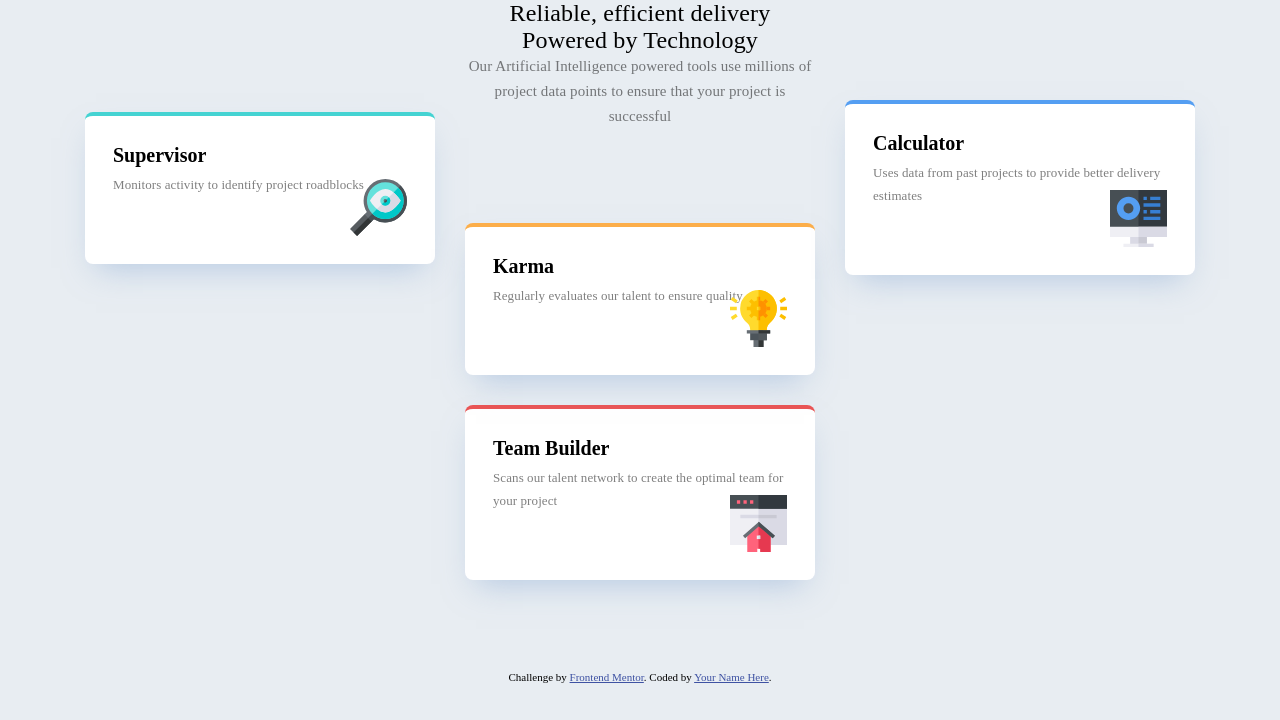
Repository: AngelaMwelu/four-card-page
Page: index.html
These files come from the project's save history. The page is drawn as it stood at one moment and after a run of saves; the edit follows.
The browser window is 1280 px wide. The pictures show the whole page.

Above is the page before, as saved 2025-05-15 16:30:10.

### index.html
<!DOCTYPE html>
<html lang="en">
<head>
  <meta charset="UTF-8">
  <meta name="viewport" content="width=device-width, initial-scale=1.0"> <!-- displays site properly based on user's device -->

  <link rel="icon" type="image/png" sizes="32x32" href="./images/favicon-32x32.png">
  <link rel="stylesheet" href="style.css">

  <title>Frontend Mentor | Four card feature section</title>
  <!-- Feel free to remove these styles or customise in your own stylesheet 👍 -->


</head>
<body>
  <div class="Card">
    <div class="about">
      <h3>Reliable, efficient delivery</h3>
      <h3>Powered by Technology</h3>

      <p>Our Artificial Intelligence powered tools use millions of project data points
       to ensure that your project is successful</p>
    </div>

    <div class="Supervisor">
      <h4>Supervisor</h4>
      <p>Monitors activity to identify project roadblocks</p>
    </div>

    <div class="Team-Builder">
      <h4>Team Builder</h4>
      <p>Scans our talent network to create the optimal team for your project</p>
    </div>

    <div class="Karma">
      <h4>Karma</h4>
      <p>Regularly evaluates our talent to ensure quality</p>
    </div>

    <div class="Calculator">
      <h4>Calculator</h4>
      <p>Uses data from past projects to provide better delivery estimates</p>
    </div>
  </div>

  <footer>
    <p class="attribution">
      Challenge by <a href="https://www.frontendmentor.io?ref=challenge" target="_blank">Frontend Mentor</a>.
      Coded by <a href="#">Your Name Here</a>.
    </p>
  </footer>
</body>
</html>

### style.css
body{
    background: hsl(210, 29%, 93%);
    display:flex;
    flex-direction:column;
    justify-content:center;
    align-items:center;
    min-height: 100hv;
    box-sizing:border-box;
    margin: 0;
    text-align: center;
}


.Card {
  max-width: 1110px;
  width: 100%;
  margin: 0 auto;
}


.about {
  max-width: 540px;
  margin: 0 auto 64px;
}

.about h3 {
  font-size: 24px;
  font-weight: 275;
  letter-spacing: 0.17px;
  margin: 0;
}
.about p {
  font-size: 15px;
  line-height: 25px;
  letter-spacing: 0.1px;
  opacity: 0.5;
  margin: 0;
}
.Card {
  display: grid;
  grid-template-columns: repeat(3, 1fr);
  gap: 30px;
}

.Supervisor,
.Team-Builder,
.Karma,
.Calculator {
  background: white;
  border-radius: 8px;
  box-shadow: 0 15px 30px -11px rgba(131, 166, 210, 0.5);
  padding: 28px;
  text-align: left;
  position: relative;
  overflow: hidden;
}

.Supervisor { border-top: 4px solid #44d3d2; }
.Team-Builder { border-top: 4px solid #ea5454; }
.Karma { border-top: 4px solid #fcae4a; }
.Calculator { border-top: 4px solid #549ef2; }


.Supervisor {
  grid-row: 1 / 3;
  align-self: center;
}

.Team-Builder {
  grid-column: 2;
}

.Karma {
  grid-column: 2;
  grid-row: 2;
}

.Calculator {
  grid-column: 3;
  grid-row: 1 / 3;
  align-self: center;
}

/* Card content styles */
.Supervisor h4,
.Team-Builder h4,
.Karma h4,
.Calculator h4 {
  font-size: 20px;
  margin: 0 0 6px;
}

.Supervisor p,
.Team-Builder p,
.Karma p,
.Calculator p {
  font-size: 13px;
  line-height: 23px;
  letter-spacing: 0.09px;
  opacity: 0.5;
  margin: 0 0 40px;
}

/* Card icons (add these in your HTML) */
.Supervisor::after,
.Team-Builder::after,
.Karma::after,
.Calculator::after {
  content: '';
  display: block;
  width: 57px;
  height: 57px;
  background-size: contain;
  background-repeat: no-repeat;
  position: absolute;
  right: 28px;
  bottom: 28px;
}

.Supervisor::after { background-image: url('icon-supervisor.svg'); }
.Team-Builder::after { background-image: url('icon-team-builder.svg'); }
.Karma::after { background-image: url('icon-karma.svg'); }
.Calculator::after { background-image: url('icon-calculator.svg'); }

/* ===== Footer ===== */
footer {
  margin-top: 80px;
}

.attribution {
  font-size: 11px;
  text-align: center;
}

.attribution a {
  color: #3e52a3;
}

/* ===== Responsive Design ===== */
@media (max-width: 900px) {
  .Card {
    grid-template-columns: 1fr;
    max-width: 500px;
  }

  .Supervisor,
  .Team-Builder,
  .Karma,
  .Calculator {
    grid-column: 1;
    grid-row: auto;
  }
}

@media (max-width: 375px) {
  body {
    padding: 85px 32px;
  }

  .about {
    margin-bottom: 76px;
  }

  .about h3 {
    font-size: 24px;
  }
}

After the next 2 saves:
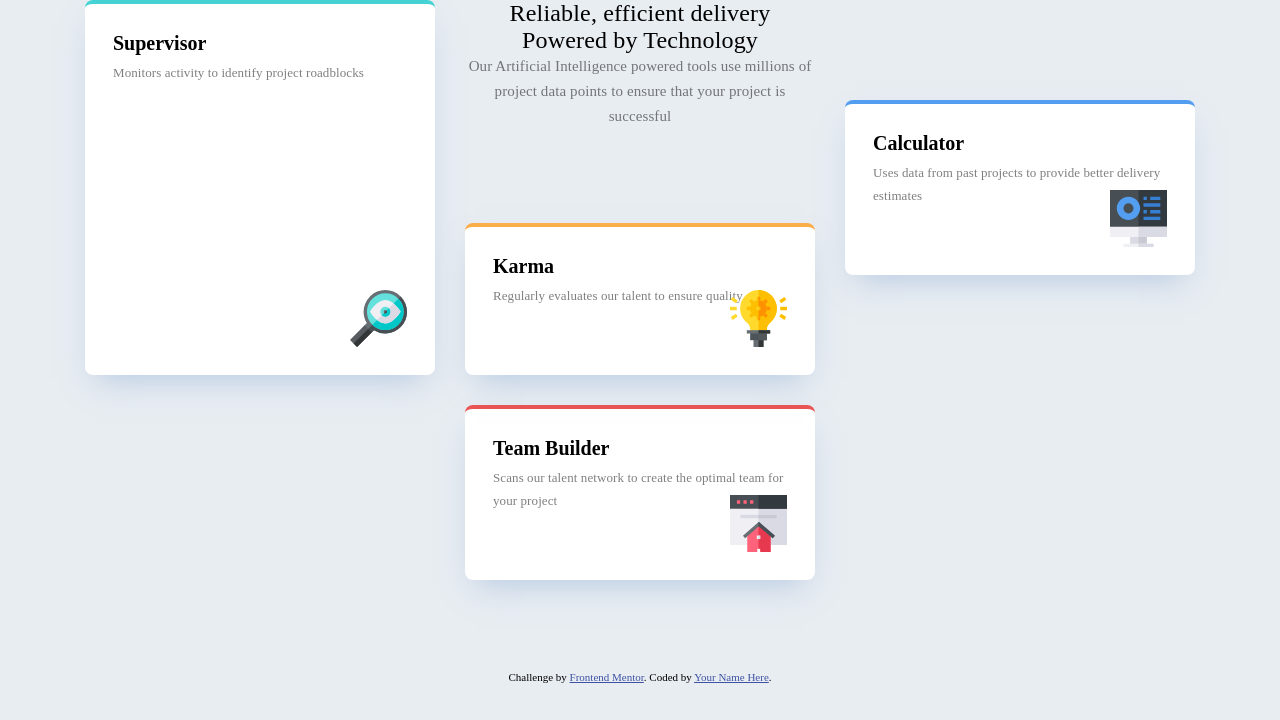
The 2 saves are shown as one change because they came seconds apart.
The last was saved 7 s later.
--- a/style.css
+++ b/style.css
@@ -63,7 +63,7 @@
 
 .Supervisor {
   grid-row: 1 / 3;
-  align-self: center;
+  align-items: center;
 }
 
 .Team-Builder {

After the 2 saves that followed:
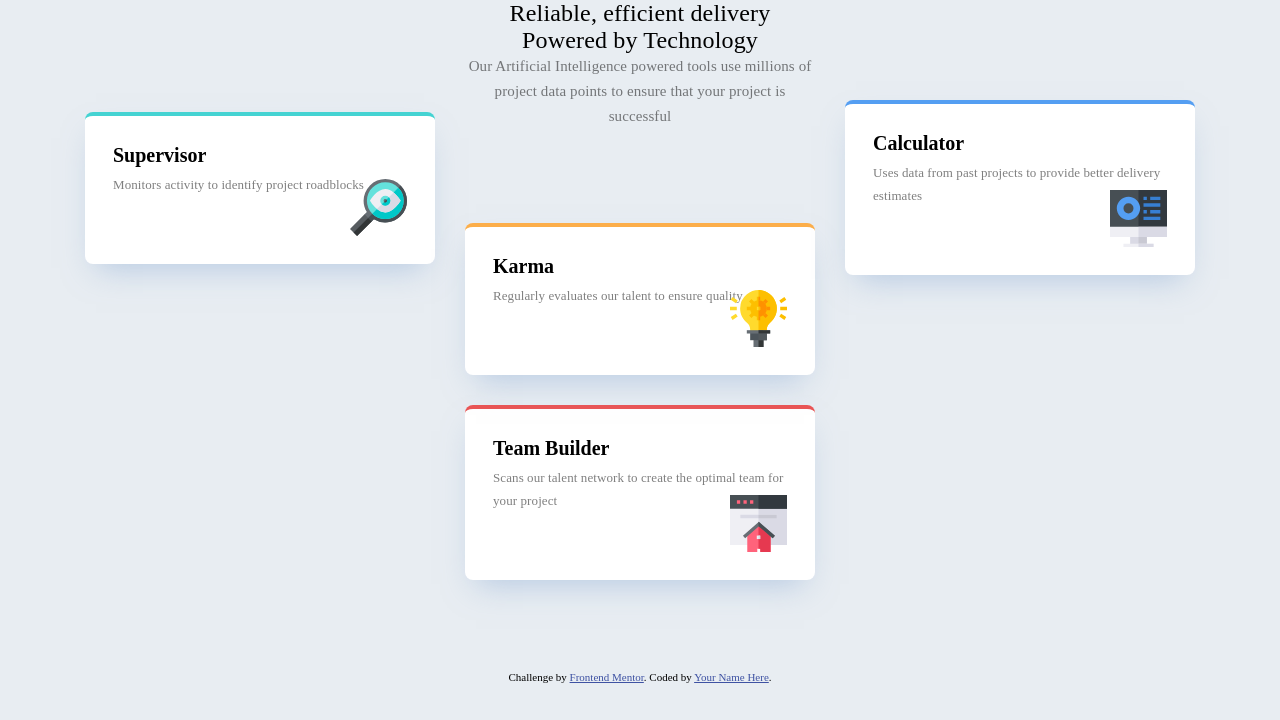
The 2 saves are shown as one change because 1 left the picture as it was.
The last was saved 46 s later.
--- a/style.css
+++ b/style.css
@@ -63,7 +63,7 @@
 
 .Supervisor {
   grid-row: 1 / 3;
-  align-items: center;
+  align-self: center;
 }
 
 .Team-Builder {
